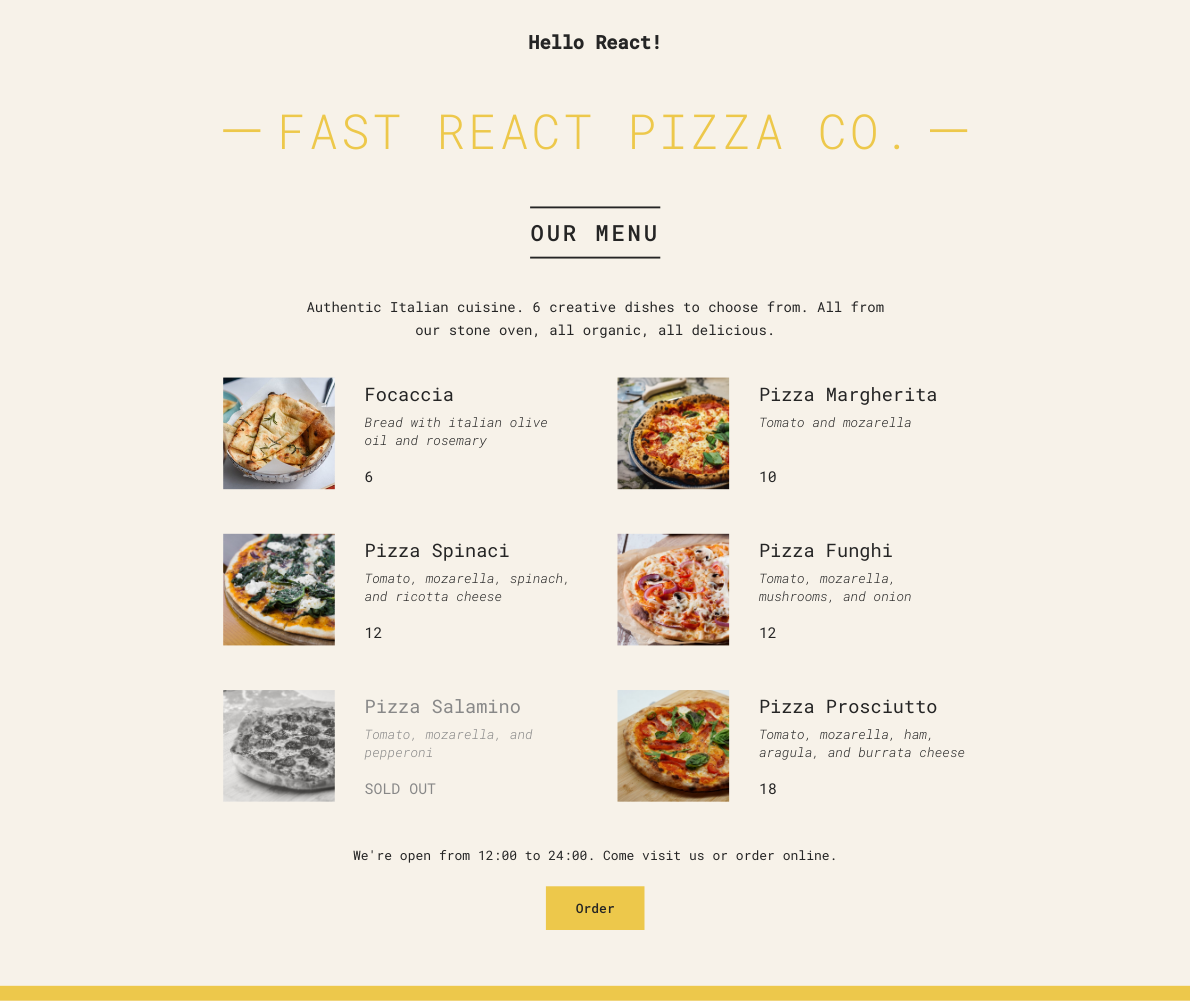
Repository: Alphosmart/03_pizza-menu
Page: /
The author's editor kept a copy of each file at every save. The page is drawn from the files as they stood at one save, then again after the next save.
The browser window is 1280 px wide. The pictures show the whole page, at 93% of full size.
The project was rebuilt for these pictures with package versions that can differ from the ones it lists, and the page was loaded fresh each time.

Above is the page before, as saved 2024-06-18 00:56:14.

After the next save:
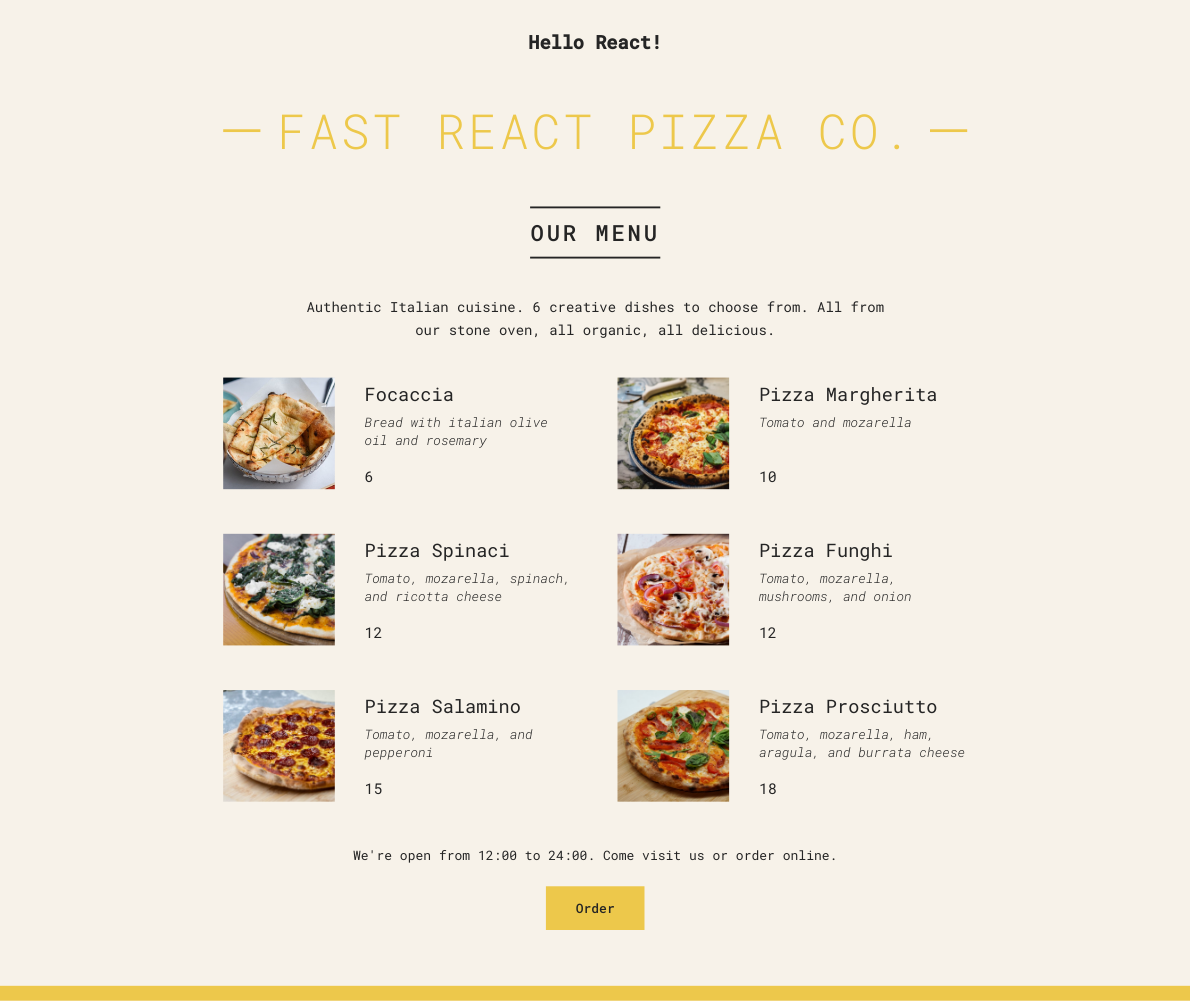
Saved 31 s later.
--- a/src/index.js
+++ b/src/index.js
@@ -33,9 +33,9 @@
   {
     name: "Pizza Salamino",
     ingredients: "Tomato, mozarella, and pepperoni",
-    price: 26,
+    price: 15,
     photoName: "pizzas/salamino.jpg",
-    soldOut: true,
+    soldOut: false,
   },
   {
     name: "Pizza Prosciutto",

After the save that followed:
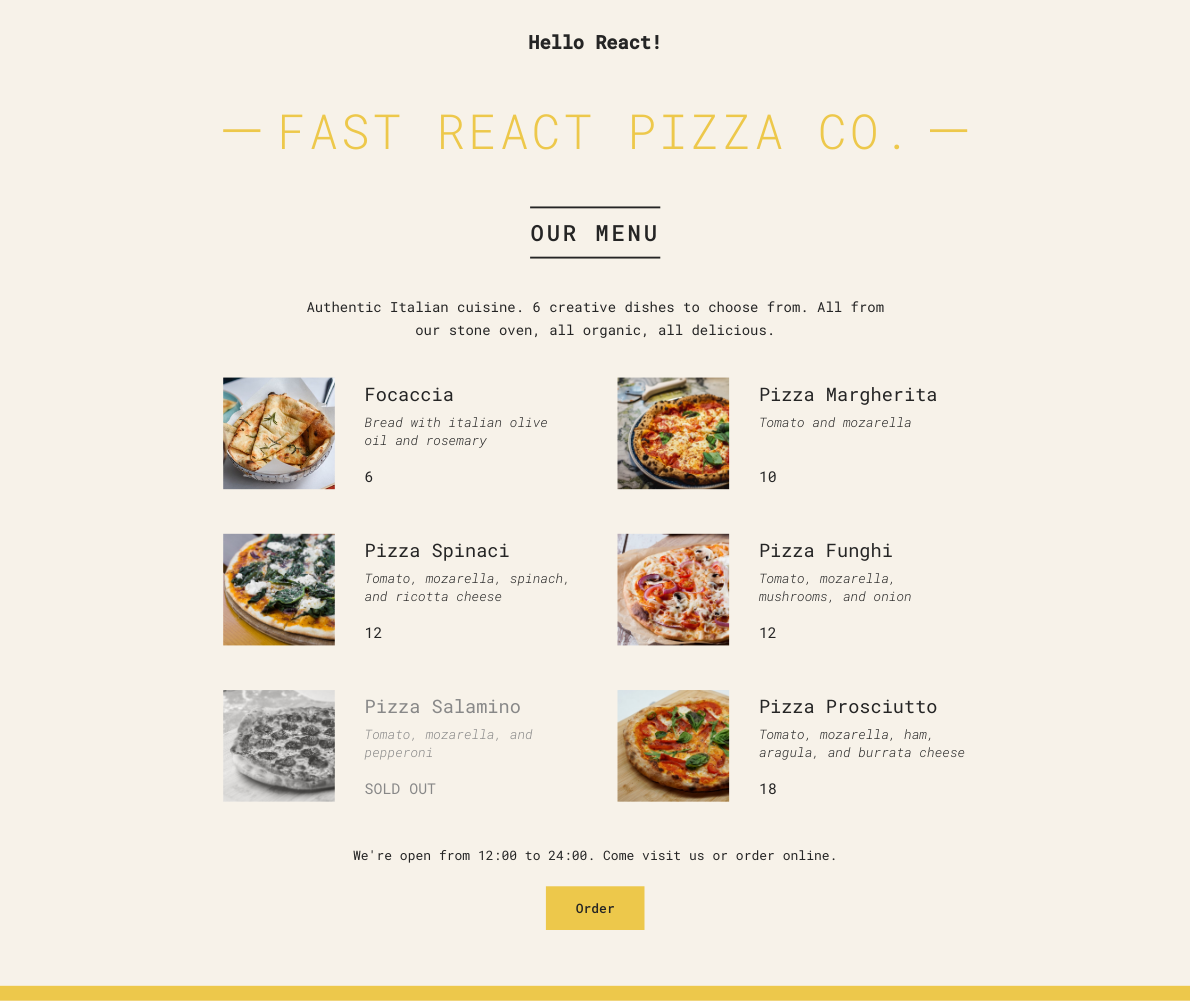
Saved 12 s later.
--- a/src/index.js
+++ b/src/index.js
@@ -35,7 +35,7 @@
     ingredients: "Tomato, mozarella, and pepperoni",
     price: 15,
     photoName: "pizzas/salamino.jpg",
-    soldOut: false,
+    soldOut: true,
   },
   {
     name: "Pizza Prosciutto",
